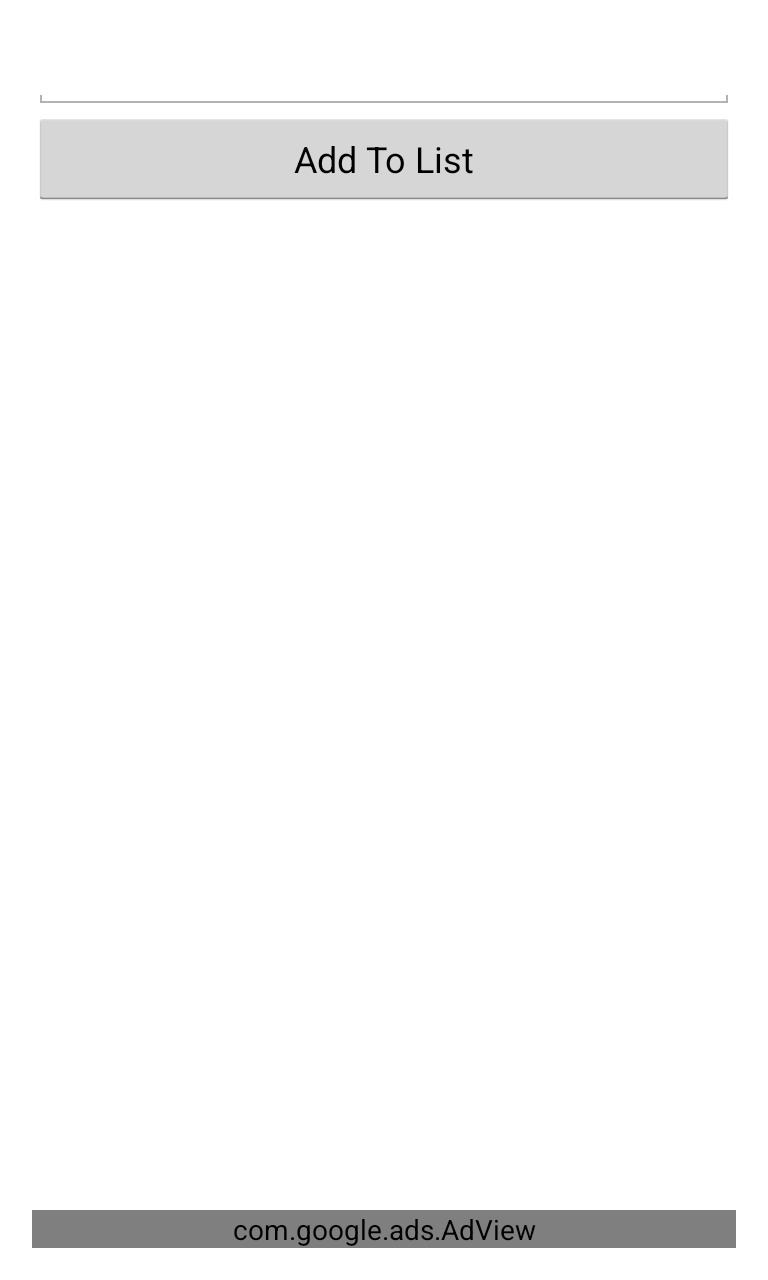
Repository: cutepig123/MyAndroidTestApps
Layout: Test3_TodoList/res/layout/activity_main.xml
The author's editor kept a copy of each file at every save. The layout is drawn from the files as they stood at one save, then again after the next save.
Pictures or frames that could not be fetched are drawn as grey boxes. It is drawn on a 768 x 1280 px phone screen (xhdpi) without system bars, with theme AppTheme; the app's code is not run. Lists and similar views that code fills are empty.

Above is the layout before, as saved 2013-04-21 06:14:08.

After the next save:
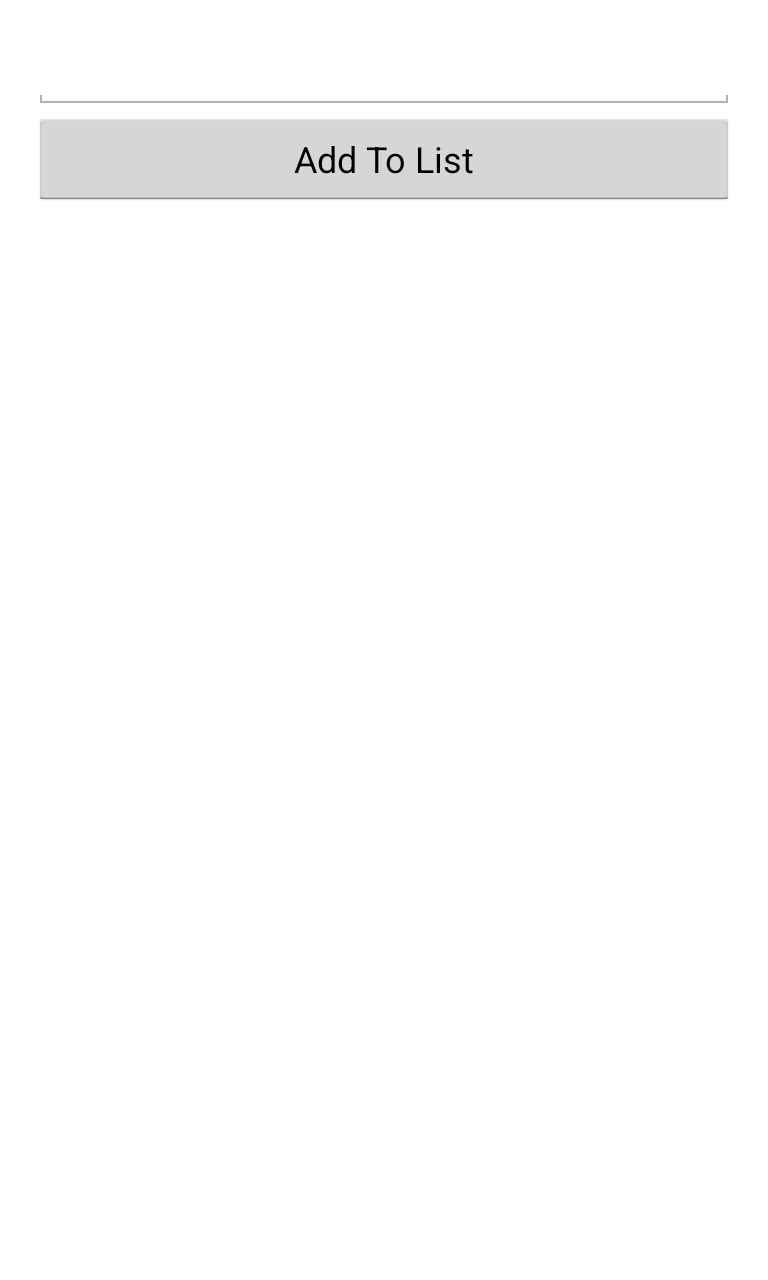
Saved 6 s later.
--- a/Test3_TodoList/res/layout/activity_main.xml
+++ b/Test3_TodoList/res/layout/activity_main.xml
@@ -40,14 +40,6 @@
     </LinearLayout>
 
 
-    <com.google.ads.AdView
-             xmlns:ads="http://schemas.android.com/apk/lib/com.google.ads"
-             android:id="@+id/adView"
-             android:layout_width="fill_parent"
-             android:layout_height="wrap_content"
-             ads:adUnitId="a151737708df4ce"
-             android:layout_alignParentBottom="true"
-             ads:adSize="BANNER"
-             ads:loadAdOnCreate="true"/>
+
 
 </RelativeLayout>
